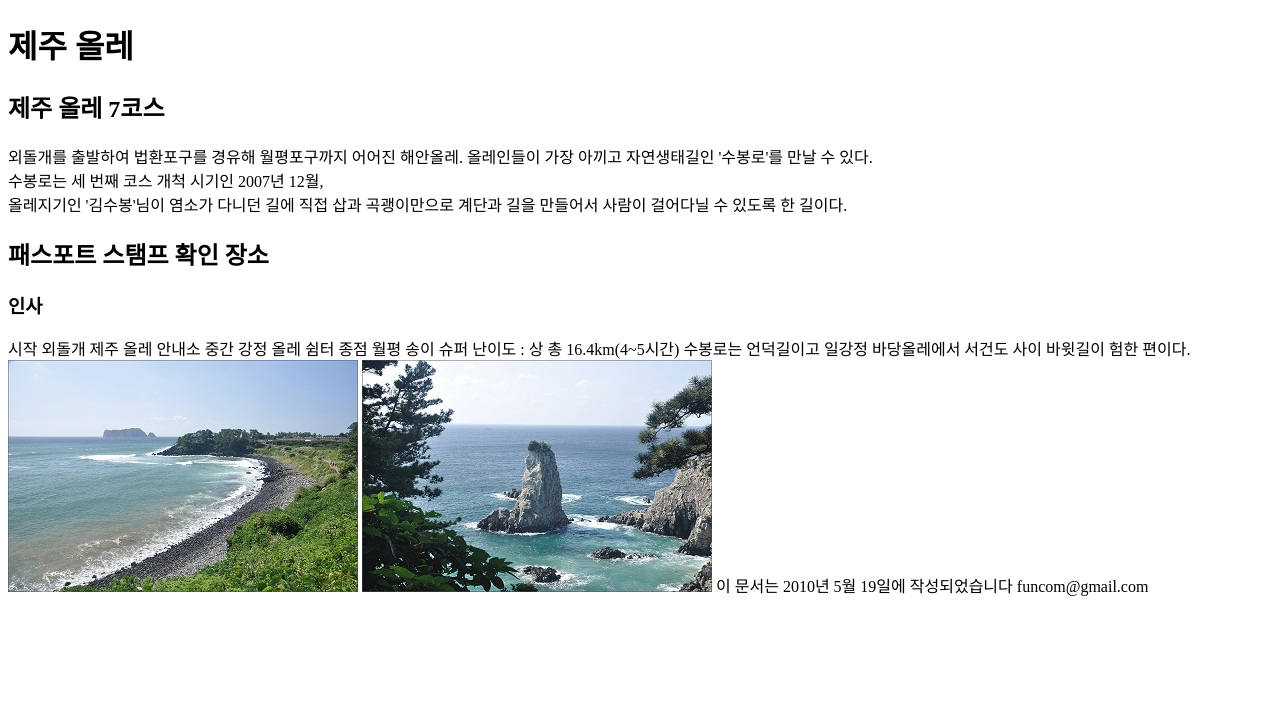
Repository: angelSuho/KCC_Learning_Repo
Page: Html/WebContent/sample02.html
These files come from the project's save history. The page is drawn as it stood at one moment and after a run of saves; the edit follows.
The browser window is 1280 px wide. The pictures show the whole page.

Above is the page before, as saved 2024-07-08 07:13:56.

### Html/WebContent/sample02.html
<!DOCTYPE html>
<html>
<head>
<meta charset="UTF-8">
<title>Insert title here</title>
</head>
<body>
	<header>
		<h1>제주 올레</h1>
		<h2>제주 올레 7코스</h2>
		<p>외돌개를 출발하여 법환포구를 경유해 월평포구까지 어어진 해안올레. 올레인들이 가장 아끼고 자연생태길인 '수봉로'를 만날 수 있다.<br/>
		수봉로는 세 번째 코스 개척 시기인 2007년 12월,<br/>
		올레지기인 '김수봉'님이 염소가 다니던 길에 직접 삽과 곡괭이만으로 계단과 길을 만들어서 사람이 걸어다닐 수 있도록 한 길이다.</p>
	</header>

	<section id="course">
		<header>
		<h2>패스포트 스탬프 확인 장소</h2>
		</header>
		<section id="greeting">
			<header>
				<h3>인사</h3>

 시작  외돌개 제주 올레 안내소
 중간  강정 올레 쉼터
 종점  월평 송이 슈퍼

  난이도 : 상 총 16.4km(4~5시간)
  수봉로는 언덕길이고 일강정 바당올레에서 서건도 사이 바윗길이 험한 편이다.


    <img src="images/road1.jpg">


    <img src="images/road2.jpg">


이 문서는 2010년 5월 19일에 작성되었습니다
funcom@gmail.com
</body>
</html>

After the next 2 saves:
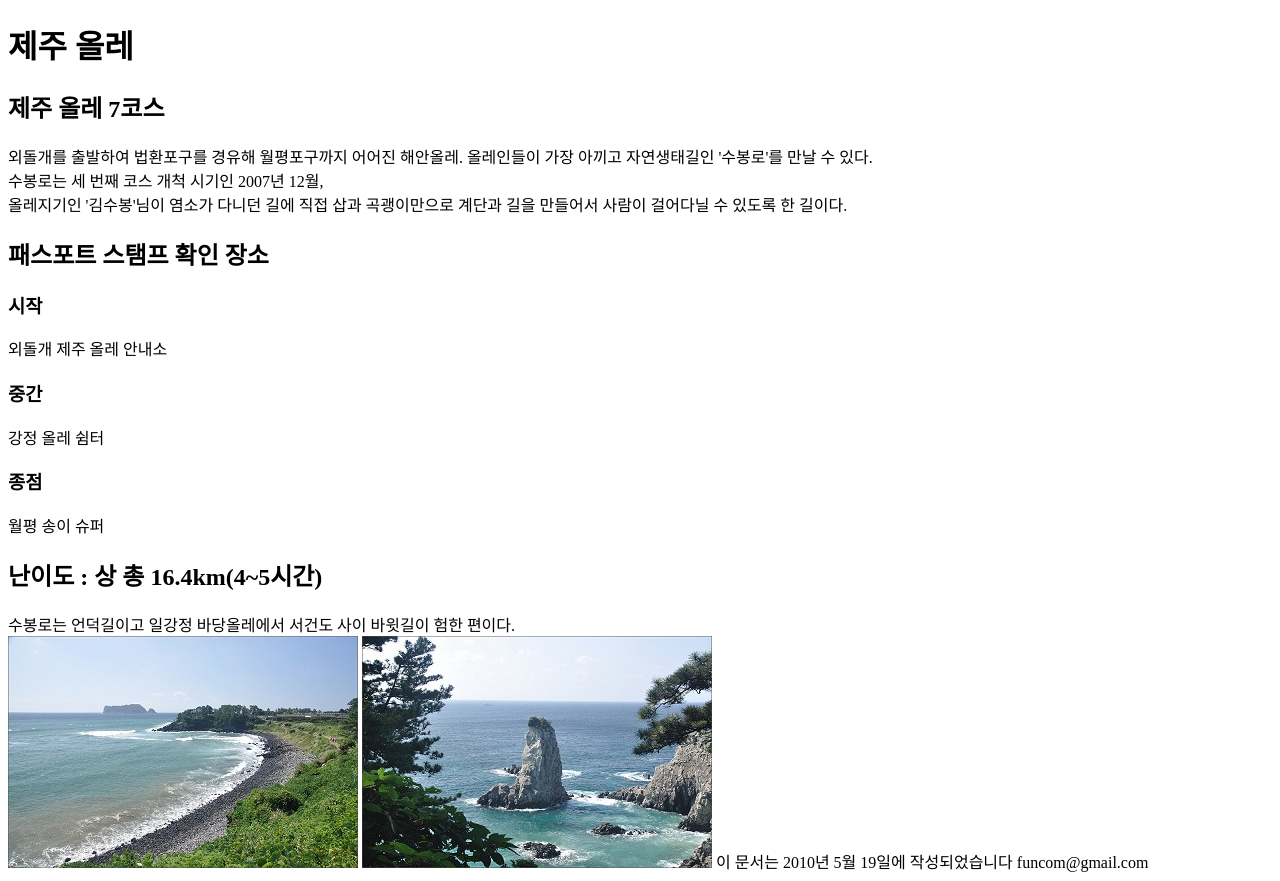
The 2 saves are shown as one change because they came seconds apart.
The last was saved 2 min 0 s later.
--- a/Html/WebContent/sample02.html
+++ b/Html/WebContent/sample02.html
@@ -17,16 +17,26 @@
 		<header>
 		<h2>패스포트 스탬프 확인 장소</h2>
 		</header>
-		<section id="greeting">
+		<section id="point">
 			<header>
-				<h3>인사</h3>
+				<h3>시작</h3>
+			</header>
+			<div>외돌개 제주 올레 안내소</div>
+			<header>
+				<h3>중간</h3>
+			</header>
+			<div>강정 올레 쉼터</div>
+			<header>
+				<h3>종점</h3>
+			</header>
+			<div>월평 송이 슈퍼</div>
+		<footer>
+		<h2>난이도 : 상 총 16.4km(4~5시간)</h2>
+		<div>수봉로는 언덕길이고 일강정 바당올레에서 서건도 사이 바윗길이 험한 편이다.</div>
+		</footer>
 
- 시작  외돌개 제주 올레 안내소
- 중간  강정 올레 쉼터
- 종점  월평 송이 슈퍼
 
-  난이도 : 상 총 16.4km(4~5시간)
-  수봉로는 언덕길이고 일강정 바당올레에서 서건도 사이 바윗길이 험한 편이다.
+
 
 
     <img src="images/road1.jpg">
